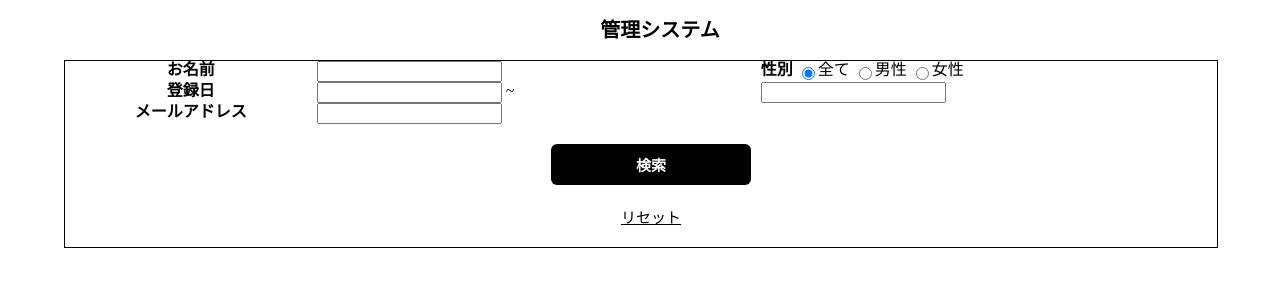
Repository: masanarimiura/20220723_miura_advance_test
Page: http://localhost/manage
These files come from the project's save history. The page is drawn as it stood at one moment and after the next save; the edit follows.
The browser window is 1280 px wide. The pictures show the whole page.
The page is served by the project's Laravel application, run on PHP 8.4 with Laravel 8.

Above is the page before, as saved 2022-07-19 20:28:36.

After the next save:
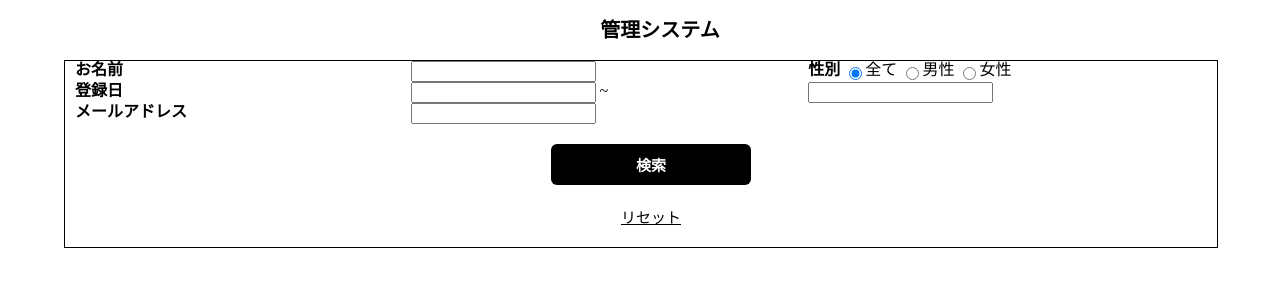
Saved 18 s later.
--- a/resources/views/manage.blade.php
+++ b/resources/views/manage.blade.php
@@ -122,7 +122,7 @@ input, select {
 .system form table {
   width: 100%;
 }
-.box_con form table tr th {
+.system form table tr th {
   width: 30%;
   font-weight: bold;
   text-align: left;
